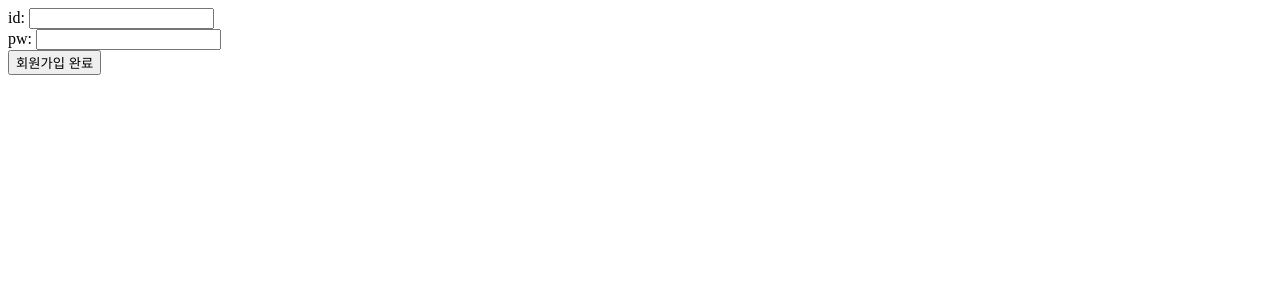
Repository: dfhdfhdfsza/myjsp
Page: http://localhost/_myjsp/mem/register
The author's editor kept a copy of each file at every save. The page is drawn from the files as they stood at one save, then again after the next save.
The browser window is 1280 px wide. The pictures show the whole page.
The page is served by Tomcat 9.

Above is the page before, as saved 2023-09-21 11:12:27.

After the next save:
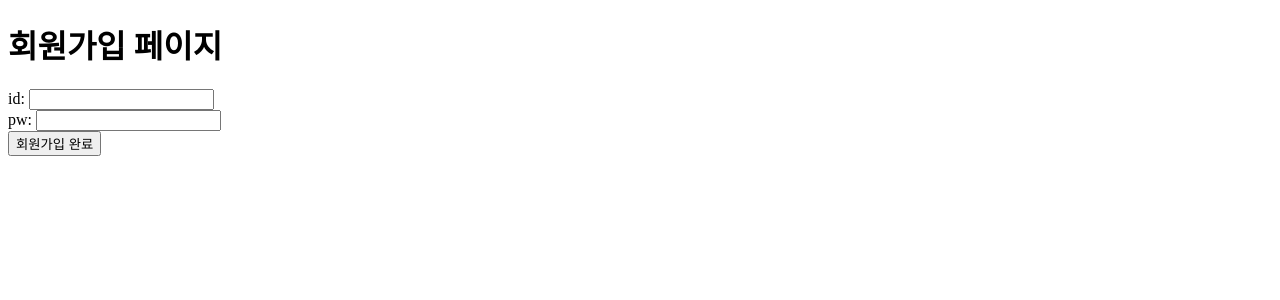
Saved 10 s later.
--- a/_myjsp/src/main/webapp/member/register.jsp
+++ b/_myjsp/src/main/webapp/member/register.jsp
@@ -7,6 +7,7 @@
 <title>Insert title here</title>
 </head>
 <body>
+	<h1>회원가입 페이지</h1>
 	<form action="/mem/join">
 		id: <input type="text" name="id"> <br>
 		pw: <input type="text" name="pw"> <br>
